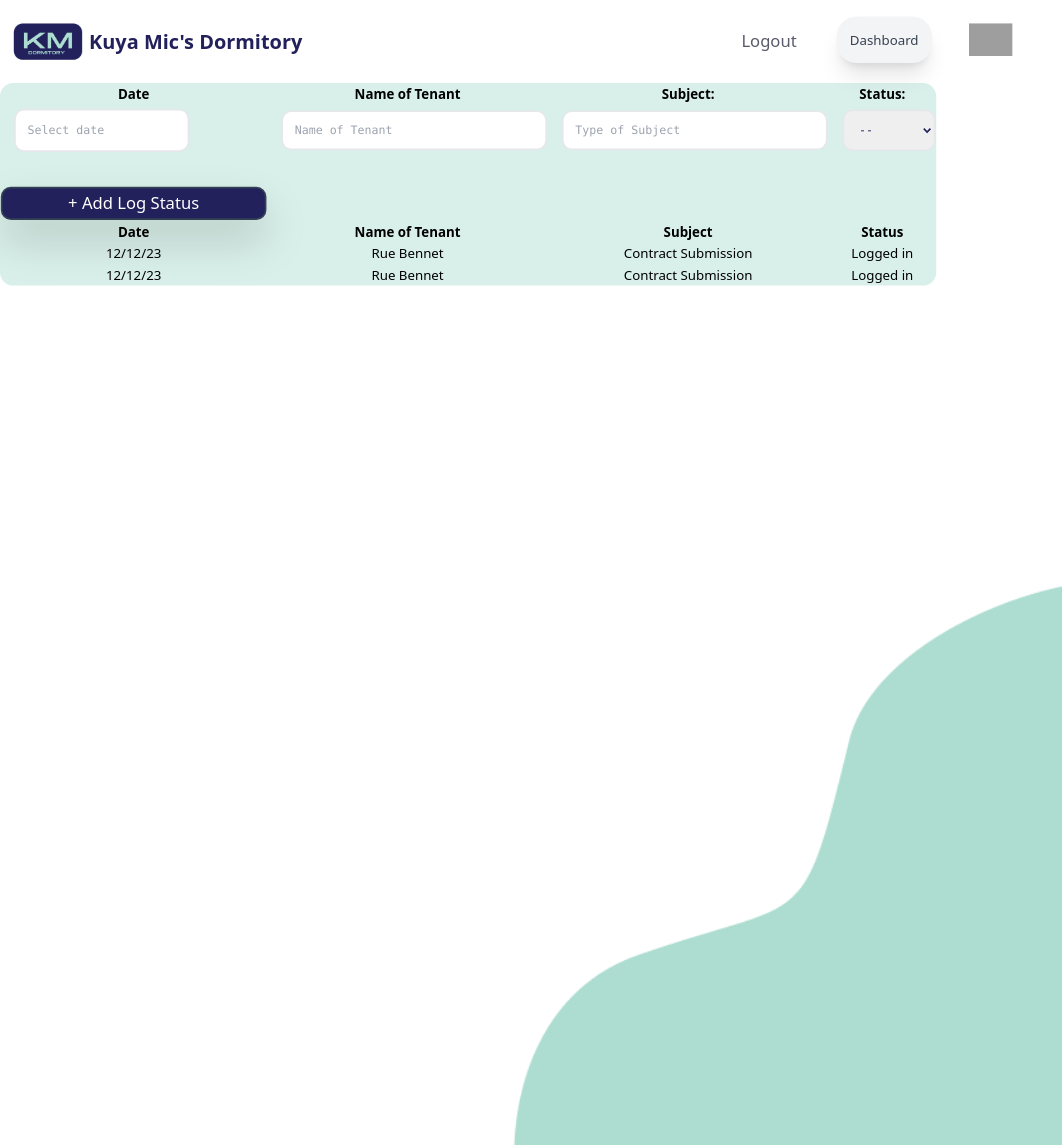
Repository: theamgri/Dormitory-Management-System
Page: logstatus.html
An editor plug-in stored every save of this project. The page is shown before and after the next save, followed by the edit.
The browser window is 1280 px wide. The pictures show the whole page, at 83% of full size.
Pictures or frames that could not be fetched are drawn as grey boxes. Some web libraries are served in a nearby version.

Above is the page before, as saved 2023-02-28 10:52:23.

After the next save:
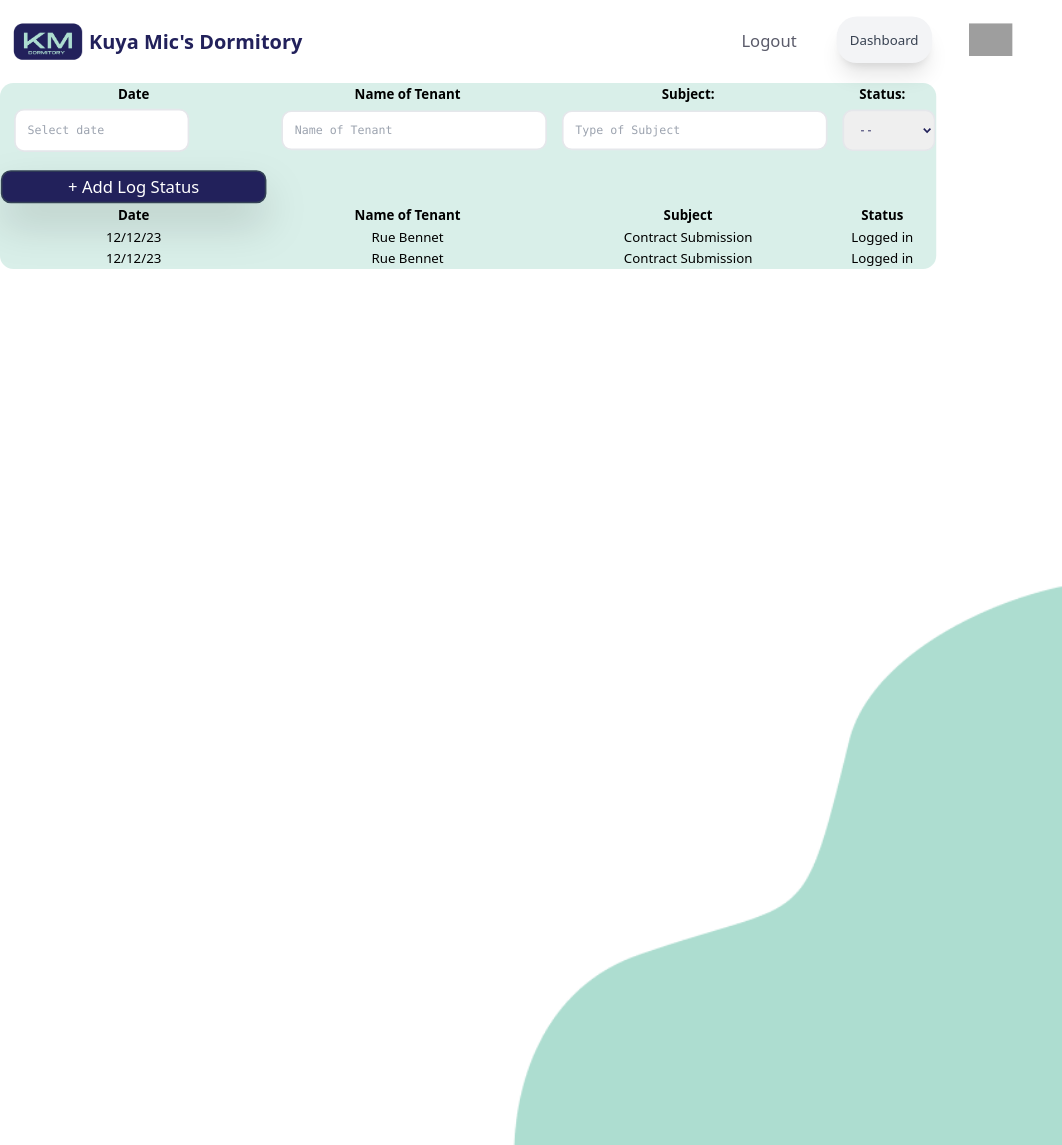
Saved 2 min 27 s later.
--- a/logstatus.html
+++ b/logstatus.html
@@ -63,7 +63,7 @@
 
             </tbody>
             <thead>
-              <tr><th><button onclick="addRow()" type="submit" class="border-2 border-slate-700 drop-shadow-2xl mt-6 text-xl text-white bg-primary-600 font-medium rounded-xl text-md px-10 py-0 sm:text-center" style="background-color:#22215B; height: 2.5rem; width: 20rem;">+ Add Log Status</button></th></tr>
+              <tr><th><button onclick="addRow()" type="submit" class="border-2 border-slate-700 drop-shadow-2xl mt-1 text-xl text-white bg-primary-600 font-medium rounded-xl text-md px-10 py-0 sm:text-center" style="background-color:#22215B; height: 2.5rem; width: 20rem;">+ Add Log Status</button></th></tr>
                 <tr>
                     <th>Date</th>
                     <th>Name of Tenant</th>
